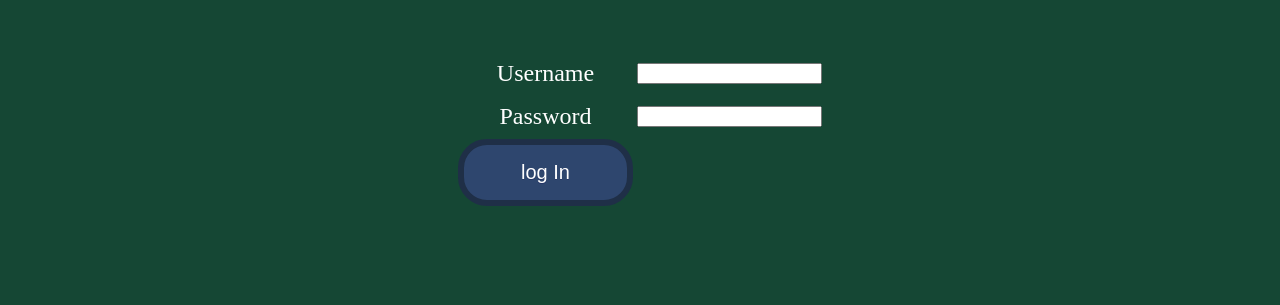
Repository: prajaktamore/Web-Based-Programming-3
Page: http://localhost/BinaryCalculator/
The author's editor kept a copy of each file at every save. The page is drawn from the files as they stood at one save, then again after the next save.
The browser window is 1280 px wide. The pictures show the whole page.
The page is served by Tomcat 9.

Above is the page before, as saved 2014-04-27 16:25:50.

After the next save:
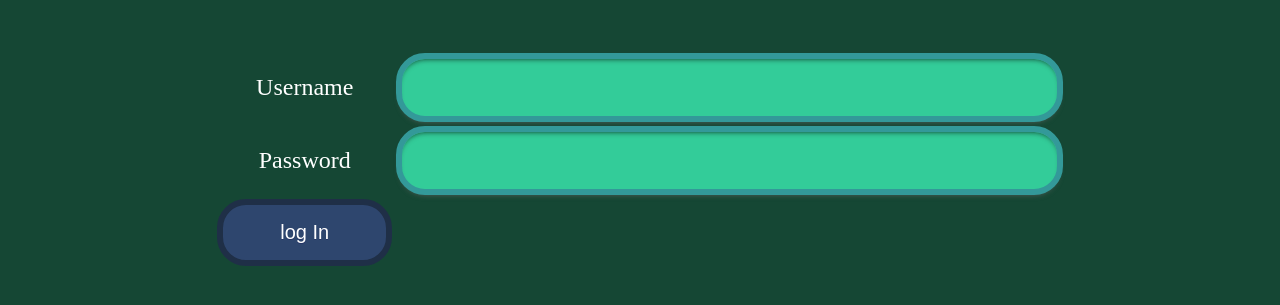
Saved 52 s later.
--- a/BinaryCalculator/WebContent/Login.jsp
+++ b/BinaryCalculator/WebContent/Login.jsp
@@ -12,11 +12,11 @@
   <table width="page" align="center" >
 					<tr>
 					  <td height="40" align="center"> <label style="color:#ffffff;font-size:24px" >Username</label> </td>
-             			 <td align="center"> <input id="username" name="username" type="text" name="textfield" /></td>
+             			 <td align="center"> <input id="username" name="username" type="text" name="textfield" style ="background: #33CC99; height:55px; width: 600px;text-align:right;font-size:35px; border-radius: 2em; border:6px solid #339999;border-radius:29px; color: #fff; padding-left: 1.5em; outline: none; box-shadow: 0 4px 6px -5px hsl(0, 0%, 40%), inset 0px 4px 6px -5px hsl(0, 0%, 2%)"/></td>
  					</tr>
 					<tr>
 					  <td height="38" align="center"> <label style="color:#FFFFFF;font-size:24px;">Password</label> </td>
-             			 <td align="center"><input id="password" name="password" type="password" name="textfield2" /></td>
+             			 <td align="center"><input id="password" name="password" type="password" name="textfield2" style ="background: #33CC99; height:55px; width: 600px;text-align:right;font-size:35px; border-radius: 2em; border:6px solid #339999;border-radius:29px; color: #fff; padding-left: 1.5em; outline: none; box-shadow: 0 4px 6px -5px hsl(0, 0%, 40%), inset 0px 4px 6px -5px hsl(0, 0%, 2%)" /></td>
  					</tr>
   					<tr>
 						<td align="center"><input type="submit" name="log" value="log In" style="background-color: #2e466e; color: #ffff; border-radius: 10px;border:6px solid #1f2f47;border-radius:29px;padding:16px 57px;text-shadow:0px 1px 0px #263666;font-size:20px;">
